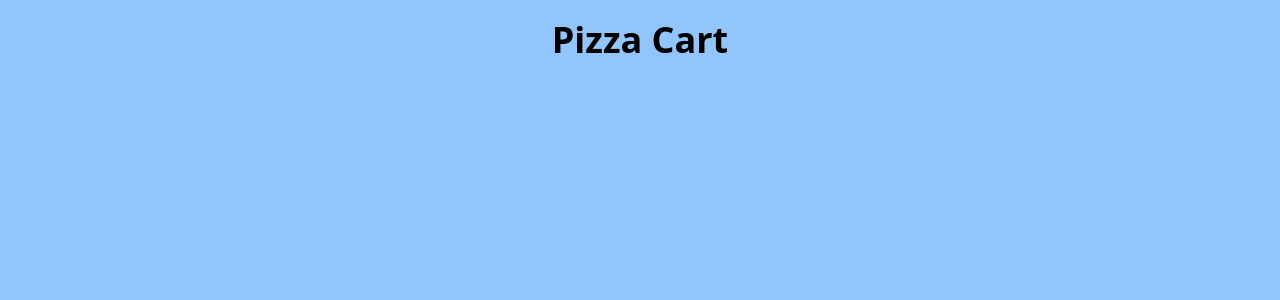
Repository: lasity34/pizza_cart
Page: index.html
These files come from the project's save history. The page is drawn as it stood at one moment and after the next save; the edit follows.
The browser window is 1280 px wide. The pictures show the whole page.
Some web libraries are served in a nearby version.

Above is the page before, as saved 2023-07-11 08:16:30.

After the next save:
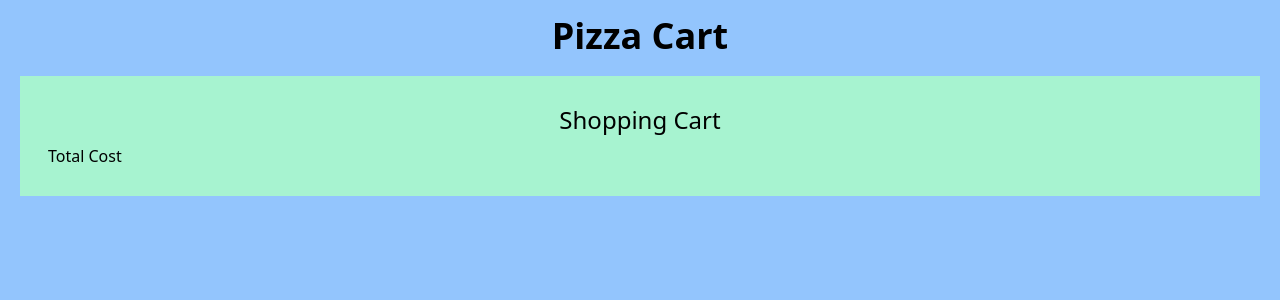
Saved 8 min 43 s later.
--- a/index.html
+++ b/index.html
@@ -9,8 +9,13 @@
 </head>
 <body class="bg-blue-300">
     <section class="flex justify-center items-center">
-        <h1 class="text-4xl font-bold text-center pt-5 ">Pizza Cart</h1>
+        <h1 class="text-4xl pt-4 font-bold">Pizza Cart</h1>
     </section>
-
+    <section class="bg-green-200 m-5 p-7">
+        <h2 class="text-2xl flex justify-center mb-2">Shopping Cart</h2>
+        <div class="text-">
+            <p>Total Cost</p>
+        </div>
+    </section>
 </body>
 </html>
